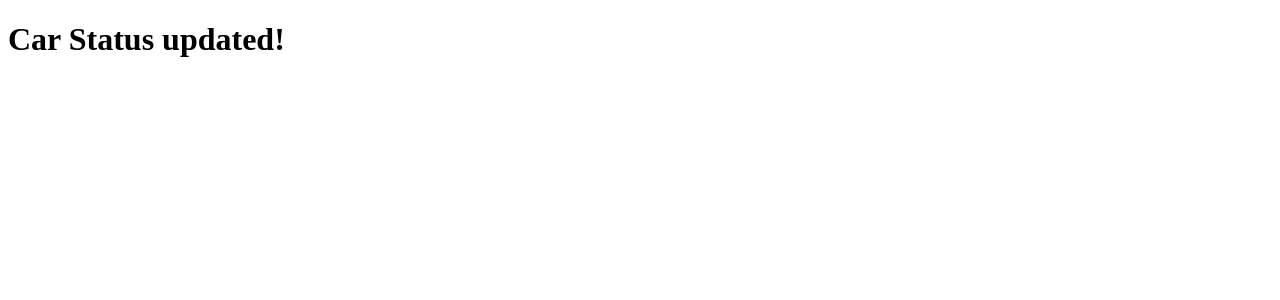
Repository: LingWenXing/java-fundamentals
Page: http://localhost/CarServiceSystem/updateStatusSuccess.jsp
An editor plug-in stored every save of this project. The page is shown before and after the next save, followed by the edit.
The browser window is 1280 px wide. The pictures show the whole page.
The page is served by Tomcat 9.

Above is the page before, as saved 2022-04-11 05:52:44.

After the next save:
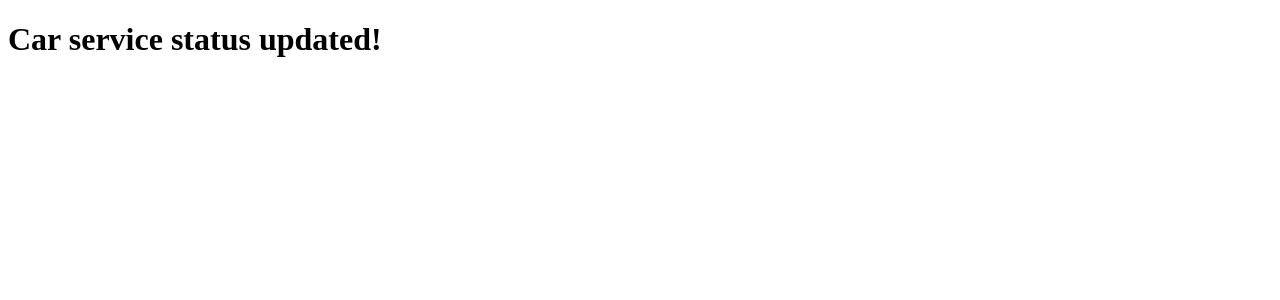
Saved 18 s later.
--- a/CarServiceSystem/src/main/webapp/updateStatusSuccess.jsp
+++ b/CarServiceSystem/src/main/webapp/updateStatusSuccess.jsp
@@ -7,6 +7,6 @@
 <title>Update Status Success</title>
 </head>
 <body>
-<h1>Car Status updated!</h1>
+<h1>Car service status updated!</h1>
 </body>
 </html>
